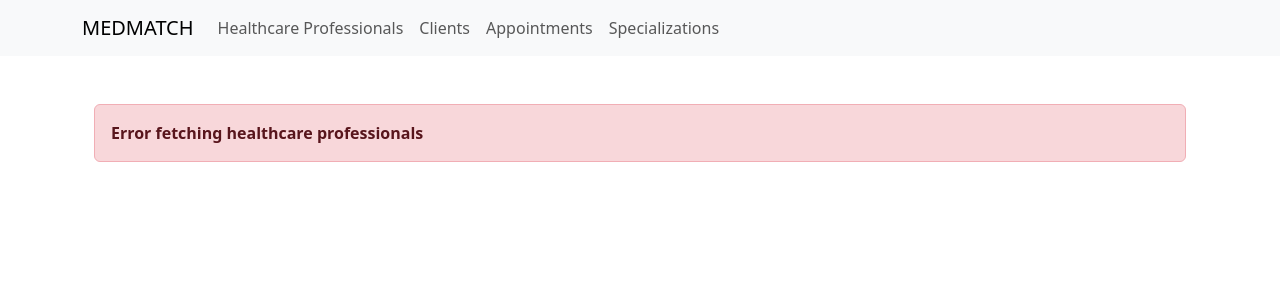
Repository: fahma20/medmatch-platform
Page: /healthcare-professionals (app in client/)
The author's editor kept a copy of each file at every save. The page is drawn from the files as they stood at one save, then again after the next save.
The browser window is 1280 px wide. The pictures show the whole page.
The page's requests for data from a server got no answer. The project was rebuilt for these pictures with package versions that can differ from the ones it lists, and the page was loaded fresh each time. No one was signed in, and anything a server would have sent is missing. Also part of the build but not shown: client/src/components/Specializations.js, client/src/components/Appointments.js, client/src/components/Clients.js, client/src/components/Homepage.js.

Above is the page before, as saved 2025-02-02 14:36:16.

### client/public/index.html
<!DOCTYPE html>
<html lang="en">
  <head>
    <meta charset="utf-8" />
    <link rel="icon" href="%PUBLIC_URL%/favicon.ico" />
    <link rel="preconnect" href="https://fonts.gstatic.com" />
    <link
      href="https://fonts.googleapis.com/css2?family=Permanent+Marker&display=swap"
      rel="stylesheet"
    />
    <meta name="viewport" content="width=device-width, initial-scale=1" />
    <meta name="theme-color" content="#000000" />
    <meta
      name="description"
      content="Web site created using create-react-app"
    />
    <link rel="apple-touch-icon" href="%PUBLIC_URL%/logo192.png" />
    <!--
      manifest.json provides metadata used when your web app is installed on a
      user's mobile device or desktop. See https://developers.google.com/web/fundamentals/web-app-manifest/
    -->
    <link rel="manifest" href="%PUBLIC_URL%/manifest.json" />
    <!--
      Notice the use of %PUBLIC_URL% in the tags above.
      It will be replaced with the URL of the `public` folder during the build.
      Only files inside the `public` folder can be referenced from the HTML.

      Unlike "/favicon.ico" or "favicon.ico", "%PUBLIC_URL%/favicon.ico" will
      work correctly both with client-side routing and a non-root public URL.
      Learn how to configure a non-root public URL by running `npm run build`.
    -->
    <title>MedMatch</title>
  </head>
  <body>
    <noscript>You need to enable JavaScript to run this app.</noscript>
    <div id="root"></div>
    <!--
      This HTML file is a template.
      If you open it directly in the browser, you will see an empty page.

      You can add webfonts, meta tags, or analytics to this file.
      The build step will place the bundled scripts into the <body> tag.

      To begin the development, run `npm start` or `yarn start`.
      To create a production bundle, use `npm run build` or `yarn build`.
    -->
  </body>
</html>

### client/src/index.js
import React from "react";
import ReactDOM from "react-dom/client";
import App from './components/App';  // Correct path to the App component

const root = ReactDOM.createRoot(document.getElementById("root"));
root.render(
  <React.StrictMode>
    <App />
  </React.StrictMode>
);

### client/src/components/App.js
import React from 'react';
import { BrowserRouter as Router, Routes, Route } from 'react-router-dom';
import 'bootstrap/dist/css/bootstrap.min.css';

import HealthcareProfessionals from './Healthcareprofessionals'; // Ensure the correct name and casing
import Specializations from './Specializations';
import Appointments from './Appointments';
import Clients from './Clients';
import Navbar from './Navbar';
import HomePage from './Homepage'; // Corrected import to HomePage

const App = () => {
  return (
    <Router>
      <Navbar /> {/* Your Navbar component */}
      <div className="container mt-5">
        <Routes>
          {/* Add HomePage as the route for the root path */}
          <Route path="/" element={<HomePage />} /> {/* Home Page */}
          <Route path="/clients" element={<Clients />} />
          <Route path="/appointments" element={<Appointments />} />
          <Route path="/specializations" element={<Specializations />} />
          <Route path="/healthcare-professionals" element={<HealthcareProfessionals />} /> {/* Healthcare Professionals Page */}
        </Routes>
      </div>
    </Router>
  );
};

export default App;

### client/src/components/Healthcareprofessionals.js
// HealthcareProfessional.js
// HealthcareProfessional.js


// HealthcareProfessionals.js
// HealthcareProfessionals.js
import React, { useState, useEffect } from 'react';
import Switch from 'react-switch';
import { Button, Form, Card, ListGroup, Collapse, Spinner, Alert } from 'react-bootstrap';

const HealthcareProfessional = () => {
  const [professionals, setProfessionals] = useState([]);
  const [newProfessionalName, setNewProfessionalName] = useState('');
  const [loading, setLoading] = useState(true);
  const [error, setError] = useState(null);
  const [open, setOpen] = useState({});

  useEffect(() => {
    fetchHealthcareProfessionals();
  }, []);

  // Fetch healthcare professionals, including their specializations
  const fetchHealthcareProfessionals = async () => {
    try {
      const response = await fetch('http://127.0.0.1:5000/api/healthcare_professionals');
      const data = await response.json();
      setProfessionals(data);
      setLoading(false);
    } catch (error) {
      setError('Error fetching healthcare professionals');
      setLoading(false);
    }
  };

  // Add new healthcare professional
  const handleAddProfessional = async () => {
    const newProfessional = { name: newProfessionalName, status: 'Active' }; // New professionals will be active by default
    try {
      const response = await fetch('http://127.0.0.1:5000/api/healthcare_professionals', {
        method: 'POST',
        headers: { 'Content-Type': 'application/json' },
        body: JSON.stringify(newProfessional),
      });

      if (response.ok) {
        const data = await response.json();
        setProfessionals([...professionals, data]);
        setNewProfessionalName('');
      }
    } catch (error) {
      console.error('Error adding healthcare professional', error);
    }
  };

  // Toggle the status of a healthcare professional
  const handleToggleStatus = async (id, currentStatus) => {
    const updatedStatus = currentStatus === 'Active' ? 'Inactive' : 'Active'; // Toggle status
    // Update the local state immediately for better UX
    setProfessionals((prevProfessionals) =>
      prevProfessionals.map((professional) =>
        professional.id === id ? { ...professional, status: updatedStatus } : professional
      )
    );

    // Make API request to update the status on the server
    try {
      const response = await fetch(`http://127.0.0.1:5000/api/healthcare_professionals/${id}`, {
        method: 'PUT',
        headers: { 'Content-Type': 'application/json' },
        body: JSON.stringify({ status: updatedStatus }), // Send the updated status here
      });

      if (!response.ok) {
        // If the status update failed, revert the status in the UI back to its original state
        setProfessionals((prevProfessionals) =>
          prevProfessionals.map((professional) =>
            professional.id === id ? { ...professional, status: currentStatus } : professional
          )
        );
      }
    } catch (error) {
      console.error('Error toggling doctor status', error);
      // If there's an error, revert the status in the UI back to its original state
      setProfessionals((prevProfessionals) =>
        prevProfessionals.map((professional) =>
          professional.id === id ? { ...professional, status: currentStatus } : professional
        )
      );
    }
  };

  // Toggle the status of a specialization
  const handleToggleSpecializationStatus = async (professionalId, specializationId, currentStatus) => {
    const updatedStatus = currentStatus === 'Active' ? 'Inactive' : 'Active'; // Toggle specialization status
    // Update the local state immediately for better UX
    setProfessionals((prevProfessionals) =>
      prevProfessionals.map((professional) =>
        professional.id === professionalId
          ? {
              ...professional,
              specializations: professional.specializations.map((specialization) =>
                specialization.id === specializationId
                  ? { ...specialization, status: updatedStatus }
                  : specialization
              ),
            }
          : professional
      )
    );

    // Make API request to update the specialization status on the server
    try {
      const response = await fetch(`http://127.0.0.1:5000/api/specializations/${specializationId}`, {
        method: 'PUT',
        headers: { 'Content-Type': 'application/json' },
        body: JSON.stringify({ status: updatedStatus }), // Send the updated status here
      });

      if (!response.ok) {
        // If the status update failed, revert the status in the UI back to its original state
        setProfessionals((prevProfessionals) =>
          prevProfessionals.map((professional) =>
            professional.id === professionalId
              ? {
                  ...professional,
                  specializations: professional.specializations.map((specialization) =>
                    specialization.id === specializationId
                      ? { ...specialization, status: currentStatus }
                      : specialization
                  ),
                }
              : professional
          )
        );
      }
    } catch (error) {
      console.error('Error toggling specialization status', error);
      // If there's an error, revert the status in the UI back to its original state
      setProfessionals((prevProfessionals) =>
        prevProfessionals.map((professional) =>
          professional.id === professionalId
            ? {
                ...professional,
                specializations: professional.specializations.map((specialization) =>
                  specialization.id === specializationId
                    ? { ...specialization, status: currentStatus }
                    : specialization
                ),
              }
            : professional
        )
      );
    }
  };

  // Delete a healthcare professional
  const handleDeleteProfessional = async (id) => {
    try {
      const response = await fetch(`http://127.0.0.1:5000/api/healthcare_professionals/${id}`, {
        method: 'DELETE',
      });

      if (response.ok) {
        setProfessionals((prevProfessionals) =>
          prevProfessionals.filter((professional) => professional.id !== id)
        );
      }
    } catch (error) {
      console.error('Error deleting healthcare professional', error);
    }
  };

  if (loading) {
    return (
      <div className="container mt-5 text-center">
        <Spinner animation="border" variant="primary" />
        <p>Loading healthcare professionals...</p>
      </div>
    );
  }

  if (error) {
    return (
      <div className="container mt-5">
        <Alert variant="danger">
          <strong>{error}</strong>
        </Alert>
      </div>
    );
  }

  return (
    <div className="container mt-5">
      {/* Heading for the page */}
      <h2 className="mb-4 text-center text-dark font-weight-bold" style={{ fontSize: '2rem' }}>
        Healthcare Professionals
      </h2>

      {/* Add Healthcare Professional Form */}
      <Form>
        <Form.Group>
          <Form.Label>Healthcare Professional Name</Form.Label>
          <Form.Control
            type="text"
            value={newProfessionalName}
            onChange={(e) => setNewProfessionalName(e.target.value)}
            required
            style={{ fontSize: '1rem' }} // Readable font size
          />
        </Form.Group>


        <Button
          type="button"
          variant="success"
          onClick={handleAddProfessional}
          style={{
            width: '100%',
            backgroundColor: '#008080',
            borderColor: '#008080',
          }}
        >
          Add Healthcare Professional
        </Button>
      </Form>

      {/* Healthcare Professionals List */}
      <div className="mt-4">
        <h3 className="text-dark" style={{ fontSize: '1.5rem' }}>List of Healthcare Professionals</h3>
        {professionals.length === 0 ? (
          <p>No healthcare professionals available.</p>
        ) : (
          professionals.map((professional) => (
            <Card key={professional.id} className="mb-3 shadow-sm" style={{ backgroundColor: '#f7f7f7' }}>
              <Card.Body>
                <div className="d-flex justify-content-between align-items-center">
                  <h5 className="card-title" style={{ color: '#333' }}>{professional.name}</h5>
                  <Button
                    variant="danger"
                    onClick={() => handleDeleteProfessional(professional.id)}
                    style={{ backgroundColor: '#ff6f61', borderColor: '#ff6f61' }}
                  >
                    Delete
                  </Button>
                </div>

                {/* Toggle Professional Status */}
                <div className="d-flex align-items-center">
                  <label className="mr-2">Status: </label>
                  <Switch
                    checked={professional.status === 'Active'}
                    onChange={() => handleToggleStatus(professional.id, professional.status)}
                    offColor="#d9534f"
                    onColor="#008080" // Teal for active
                    checkedIcon={false}
                    uncheckedIcon={false}
                    height={20}
                    width={48}
                  />
                </div>

                {/* Specializations Toggle Button */}
                <Button
                  variant="link"
                  className="mt-3"
                  onClick={() => setOpen((prevState) => ({ ...prevState, [professional.id]: !prevState[professional.id] }))}
                  style={{ color: '#008080' }} // Teal link button
                >
                  {open[professional.id] ? 'Hide Specializations' : 'Show Specializations'}
                </Button>

                <Collapse in={open[professional.id]}>
                  <ListGroup className="mt-3">
                    {professional.specializations && professional.specializations.length > 0 ? (
                      professional.specializations.map((specialization) => (
                        <ListGroup.Item key={specialization.id}>
                          {specialization.specialization_name}
                          <span className={`badge ml-2 ${specialization.status === 'Active' ? 'badge-success' : 'badge-secondary'}`}>
                            {specialization.status}
                          </span>
                          {/* Toggle Specialization Status */}
                          <Switch
                            checked={specialization.status === 'Active'}
                            onChange={() => handleToggleSpecializationStatus(professional.id, specialization.id, specialization.status)}
                            offColor="#d9534f"
                            onColor="#008080" // Teal for active
                            checkedIcon={false}
                            uncheckedIcon={false}
                            height={20}
                            width={48}
                          />
                        </ListGroup.Item>
                      ))
                    ) : (
                      <ListGroup.Item>No Specializations</ListGroup.Item>
                    )}
                  </ListGroup>
                </Collapse>
              </Card.Body>
            </Card>
          ))
        )}
      </div>
    </div>
  );
};

export default HealthcareProfessional;

### client/src/components/Navbar.js
/*import React from 'react';
import { Link } from 'react-router-dom';

const Navbar = () => {
  return (
    <nav className="navbar navbar-expand-lg navbar-light bg-light">
      <a className="navbar-brand" href="/">MedMatch</a>
      <div className="collapse navbar-collapse">
        <ul className="navbar-nav ml-auto">
          <li className="nav-item">
            <Link className="nav-link" to="/">Healthcare Professionals</Link>
          </li>
          <li className="nav-item">
            <Link className="nav-link" to="/clients">Clients</Link>
          </li>
          <li className="nav-item">
            <Link className="nav-link" to="/appointments">Appointments</Link>
          </li>
        </ul>
      </div>
    </nav>
  );
};

export default Navbar;
*/

// Navbar.js
import React from 'react';
import { Link } from 'react-router-dom';

const Navbar = () => {
  return (
    <nav className="navbar navbar-expand-lg navbar-light bg-light">
      <div className="container">
        <Link className="navbar-brand" to="/">MEDMATCH</Link>
        <button
          className="navbar-toggler"
          type="button"
          data-bs-toggle="collapse"
          data-bs-target="#navbarNav"
          aria-controls="navbarNav"
          aria-expanded="false"
          aria-label="Toggle navigation"
        >
          <span className="navbar-toggler-icon"></span>
        </button>
        <div className="collapse navbar-collapse" id="navbarNav">
          <ul className="navbar-nav">
            <li className="nav-item">
              <Link className="nav-link" to="/healthcare-professionals">Healthcare Professionals</Link>
            </li>
            <li className="nav-item">
              <Link className="nav-link" to="/clients">Clients</Link>
            </li>
            <li className="nav-item">
              <Link className="nav-link" to="/appointments">Appointments</Link>
            </li>
            <li className="nav-item">
              <Link className="nav-link" to="/specializations">Specializations</Link>
            </li>
          </ul>
        </div>
      </div>
    </nav>
  );
};

export default Navbar;

After the next save:
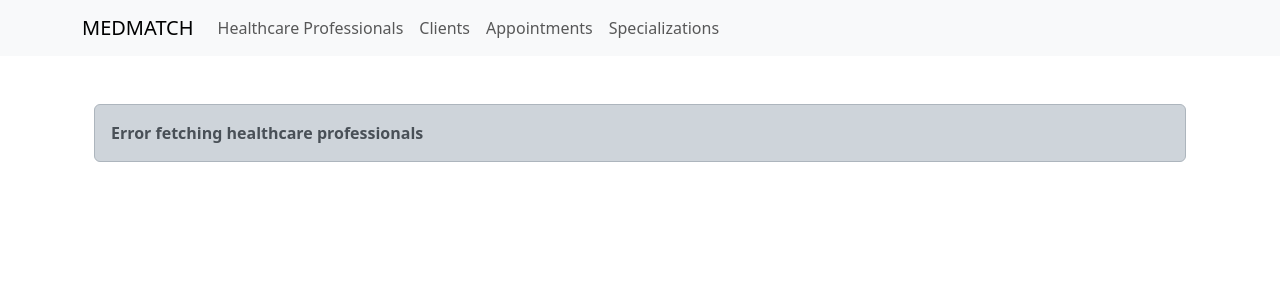
Saved 37 s later.
--- a/client/src/components/Healthcareprofessionals.js
+++ b/client/src/components/Healthcareprofessionals.js
@@ -182,7 +182,7 @@
   if (error) {
     return (
       <div className="container mt-5">
-        <Alert variant="danger">
+        <Alert variant="dark">
           <strong>{error}</strong>
         </Alert>
       </div>

After the save that followed:
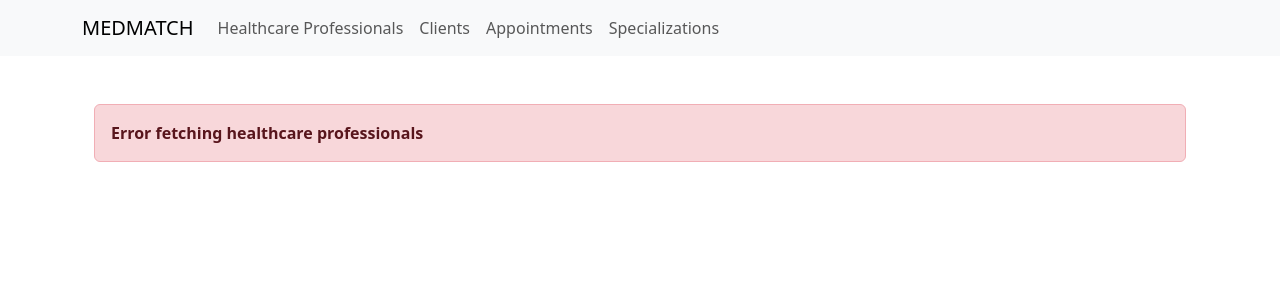
Saved 15 s later.
--- a/client/src/components/Healthcareprofessionals.js
+++ b/client/src/components/Healthcareprofessionals.js
@@ -182,7 +182,7 @@
   if (error) {
     return (
       <div className="container mt-5">
-        <Alert variant="dark">
+        <Alert variant="danger">
           <strong>{error}</strong>
         </Alert>
       </div>
